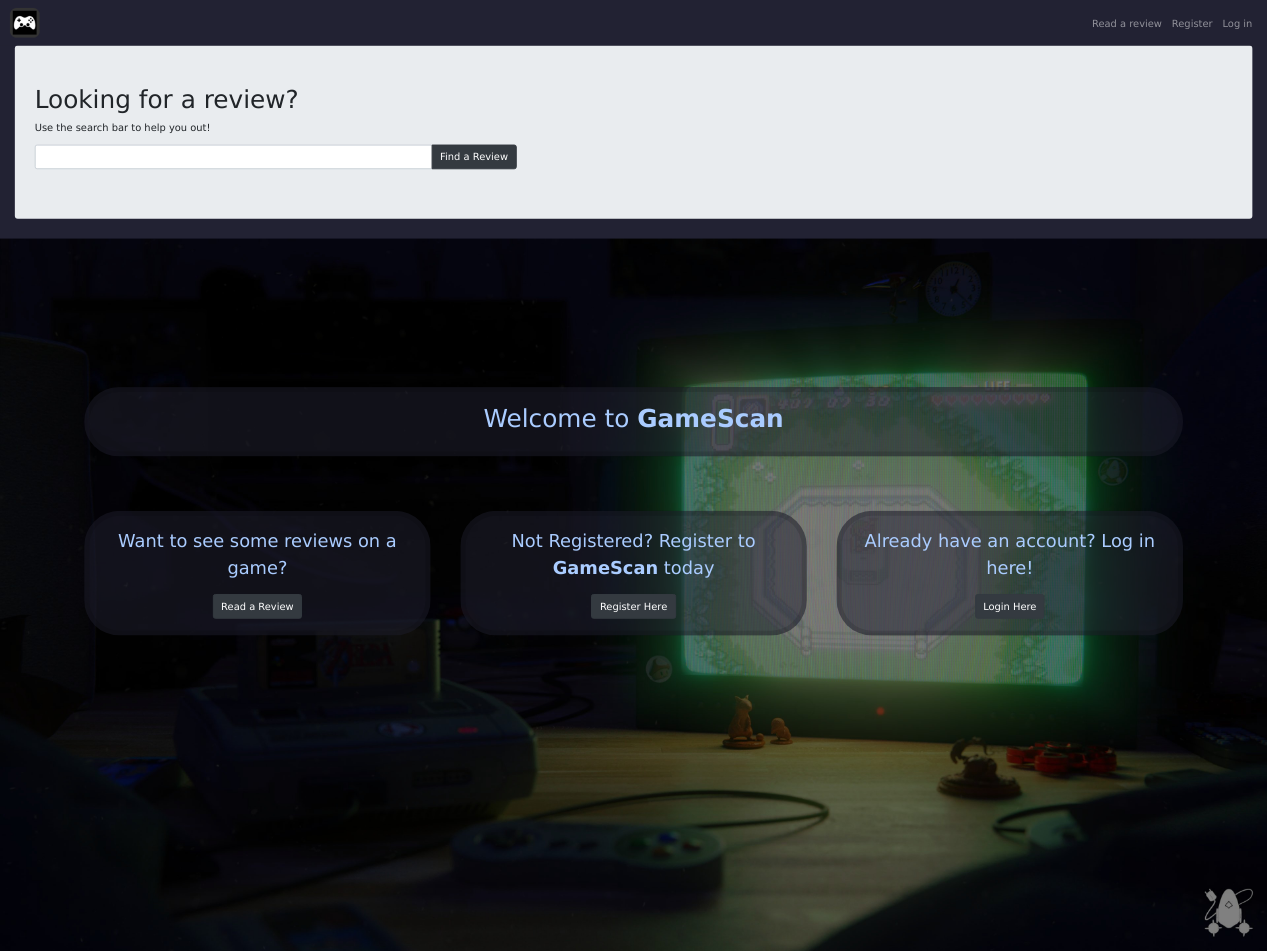
Repository: amit238/milestone-project-3
Page: http://localhost/
The author's editor kept a record of every edit. The page is drawn from the files as they stood at one moment, then again after the next edit.
The browser window is 1280 px wide. The pictures show the whole page, at 99% of full size.
Some web libraries are served in a nearby version. The page is served by the project's application, run on Flask 3 (app.py). Other server files are loaded and not shown.

Above is the page before.

### templates/index.html
{% extends "base.html" %} {% block nav_index %}active{% endblock %} {% block content %}
<div class="background">
    <div class="container fade-in">
        <div class="row">
            <div class="col-12 homepage">
                <div class="card homepage-card">
                    <div class="card-body">
                        <h1 class="welcome">Welcome to <strong>GameScan</strong></h1>
                    </div>
                </div>
            </div>
        </div>
        <div class="row padding-text-align">
            <div class="col-12 col-lg-4">
                <div class="card homepage-card">
                    <!--Homepage which shows cards providing buttons to redirect -->
                    <div class="card-body">
                        <p>Want to see some reviews on a game?</p>
                        <a href="{{ url_for('reviews') }}" ><button method="get" type="submit" type="button" class="btn btn-dark">Read a Review</button></a>
                    </div>
                </div>
            </div>
            <div class="col-12 col-lg-4">
                <div class="card homepage-card">
                    <div class="card-body">
                        <p>Not Registered? Register to <strong>GameScan</strong> today</p>
                        <a href="{{ url_for('register') }}"><button type="button" class="btn btn-dark">Register Here</button></a>
                    </div>
                </div>
            </div>
            <div class="col-12 col-lg-4">
                <div class="card homepage-card">
                    <div class="card-body">
                        <p>Already have an account? Log in here!</p>
                        <a href="{{ url_for('login') }}"><button type="button" class="btn btn-dark">Login Here</button></a>
                    </div>
                </div>
            </div>
        </div>
        {% endblock %}

### templates/base.html
<!DOCTYPE html>
<html lang="en">

<head>
  <meta charset="UTF-8">
  <meta name="viewport" content="width=device-width, initial-scale=1.0">
  <meta http-equiv="X-UA-Compatible" content="ie=edge"> {% if title %}
  <title>GameScan - {{ title }} </title>
  {% else %}
  <title>Welcome to GameScan!</title>
  {% endif %}
  <link rel="stylesheet" href="https://maxcdn.bootstrapcdn.com/bootstrap/4.2.1/css/bootstrap.min.css" type="text/css" />
  <link rel="stylesheet" href="https://use.fontawesome.com/releases/v5.0.10/css/all.css" integrity="sha384-+d0P83n9kaQMCwj8F4RJB66tzIwOKmrdb46+porD/OvrJ+37WqIM7UoBtwHO6Nlg" crossorigin="anonymous">
  <link rel="stylesheet" href="{{url_for('static', filename='css/style.css')}}" type="text/css" />
  <link rel="shortcut icon" type="image/ico" href="{{ url_for('static', filename='img/favicon.ico') }}" />
</head>

<body>

  <header>
    <nav class="navbar navbar-expand-lg navbar-dark bg-custom ">
      <a class="navbar-brand" href="{{ url_for('index') }}">
       <img src="{{ url_for('static', filename='img/favicon.ico') }}" width="30" height="30" alt="">
  </a>
      <button class="navbar-toggler" type="button" data-toggle="collapse" data-target="#navbarNavAltMarkup" aria-controls="navbarNavAltMarkup" aria-expanded="false" aria-label="Toggle navigation">
    <span class="navbar-toggler-icon"></span>
  </button>
      <div class="collapse navbar-collapse" id="navbarNavAltMarkup">
        <div class="navbar-nav ml-auto">
          <!--Being 'logged in' will show different links-->
          {% if session['logged_in'] == True %}
          <a class="nav-item nav-link" href="{{ url_for('reviews') }}">Read a review</a>
          <a class="nav-item nav-link" href="{{ url_for('addreview') }}">Write a review</a>
          <a class="nav-item nav-link" href="{{ url_for('logout') }}">Sign Out</a> {% else %}
          <a class="nav-item nav-link" href="{{ url_for('reviews') }}">Read a review</a>
          <a class="nav-item nav-link" href="{{ url_for('register') }}">Register</a>
          <a class="nav-item nav-link" href="{{ url_for('login') }}">Log in</a> {% endif %}
        </div>
      </div>
    </nav>
    <div class="container-fluid">
      <div class="jumbotron">
        <div class="row">
          <div class="col-lg-9">
            <h1>Looking for a review?</h1>
            <p>Use the search bar to help you out!</p>
          </div>
          <div class="col-lg-5">
            <form class="input-group mb-3" action="{{ url_for('search') }}">
              <input class="form-control" type="text" name="query" />
              <div class="input-group-append">
                <button class="btn btn-dark" type="submit">Find a Review</button>
              </div>
            </form>
          </div>
        </div>
      </div>
    </div>
    {% with messages = get_flashed_messages() %} {% if messages %}
    <ul>
      {% for message in messages %}
      <li class="alert-warning">{{ message }}</li>
      {% endfor %}
    </ul>
    {% endif %} {% endwith %} {% block content %} {% endblock %}
  </header>
  <script src="https://code.jquery.com/jquery-3.5.1.js" integrity="sha256-QWo7LDvxbWT2tbbQ97B53yJnYU3WhH/C8ycbRAkjPDc=" crossorigin="anonymous"></script>
  <script src="https://cdnjs.cloudflare.com/ajax/libs/popper.js/1.14.6/umd/popper.min.js" integrity="sha384-wHAiFfRlMFy6i5SRaxvfOCifBUQy1xHdJ/yoi7FRNXMRBu5WHdZYu1hA6ZOblgut" crossorigin="anonymous"></script>
  <script src="https://stackpath.bootstrapcdn.com/bootstrap/4.2.1/js/bootstrap.min.js" integrity="sha384-B0UglyR+jN6CkvvICOB2joaf5I4l3gm9GU6Hc1og6Ls7i6U/mkkaduKaBhlAXv9k" crossorigin="anonymous"></script>
</body>

</html>

### app.py
import os
if os.path.exists("env.py"):
  import env
from flask import Flask, render_template, redirect, request, url_for, flash, session
from forms import LoginForm, RegisterForm, ReviewGameForm
from flask_pymongo import PyMongo
from bson.objectid import ObjectId
import re
import bcrypt

app = Flask(__name__)
app.config["MONGO_DBNAME"] = 'game_scan'
app.config["MONGO_URI"] = os.environ.get('MONGO_URI')

mongo = PyMongo(app)

SECRET_KEY = os.urandom(32)
app.config['SECRET_KEY'] = SECRET_KEY



@app.route('/reviews')
def reviews():
    return render_template('reviews.html', title="Read a review!", game_reviews=mongo.db.game_reviews.find())







@app.route('/')
def index():
    return render_template('index.html', title="Home")






# Adding Log in

@app.route('/login', methods=['GET', 'POST'])
def login():
    """Login handler"""
    if session.get('logged_in'):
        if session['logged_in'] is True:
            return redirect(url_for('index', title="Log In"))

    form = LoginForm()

    if form.validate_on_submit():
        # get all users
        users = mongo.db.users
        # try and get one with same name as entered
        db_user = users.find_one({'name': request.form['username']})

        if db_user:
            # check password using hashing
            if bcrypt.hashpw(request.form['password'].encode('utf-8'),
                             db_user['password']) == db_user['password']:
                session['username'] = request.form['username']
                session['logged_in'] = True
                flash('You have successfully logged in!')
                # successful redirect to home logged in
                return redirect(url_for('index', title="Sign In", form=form))
            # must have failed set flash message
            flash('Invalid username/password combination')
    return render_template("login.html", title="Sign In", form=form)





@app.route('/logout')
def logout():
    """Clears session and redirects to home"""
    session.clear()
    return redirect(url_for('index'))





# Adding in Register form

@app.route('/register', methods=['GET', 'POST'])
def register():
    """Handles registration functionality"""
    form = RegisterForm(request.form)
    if form.validate_on_submit():
        # get all the users
        users = mongo.db.users
        # see if we already have the entered username
        existing_user = users.find_one({'name': request.form['username']})

        if existing_user is None:
            # hash the entered password
            hash_pass = bcrypt.hashpw(request.form['password'].encode('utf-8'), bcrypt.gensalt())
            # insert the user to DB
            users.insert_one({'name': request.form['username'],
                          'password': hash_pass,
                          'email': request.form['email']})
            session['username'] = request.form['username']
            session['logged_in'] = True
            # Logs user in after registering
            return redirect(url_for('index'))
        # duplcate username set flash message and reload page
        flash('Sorry, that username is already taken - use another')
        return redirect(url_for('register'))
    return render_template('register.html', title='Register', form=form)





# Adding a review

@app.route('/addreview', methods=['GET', 'POST'])
def addreview():

   # If user gets onto the add page but not logged in

    if 'logged_in' not in session:
        flash('To add a review you need to sign in')
        return redirect(url_for('login'))

   # If form submits successfully

    form = ReviewGameForm(request.form)
    if request.method == 'POST':
        game_reviews=mongo.db.game_reviews
        print('inside')
        print('rating:' + request.form['rating'])
        # import pdb; pdb.set_trace()
        # add form content to db as a new record
        game_reviews.insert_one({
            'user_created': session['username'],
            'name': request.form['name'],
            'genre': request.form['genre'],
            'rating': request.form['rating'],
            'description': request.form['description'],
            })

        flash('Your Review has been added ', 'success')

        # send to my reviews template on successful add
        return redirect(url_for('reviews'))

    return render_template('addreview.html', form=form,
                           title='Add a Review')





# Editing a review

@app.route('/editreview/<id>', methods=['GET', 'POST'])
def editreview(id):


    a_reivew = mongo.db.game_reviews.find_one({'_id': ObjectId(id)})
    # retrieving record from db


    form = ReviewGameForm(data=a_reivew)

    if form.validate_on_submit():  # if form submits successfully
        game_reviews = mongo.db.game_reviews


        # add form content to db as a new record
        game_reviews.update_one({'_id': ObjectId(id)}, {'$set': {
            'name': request.form['name'],
            'genre': request.form['genre'],
            'rating': request.form['rating'],
            'description': request.form['description'],
            }})
        flash('Your review has been updated!', 'success')

        # send to my review template on successful addupdate
        return redirect(url_for('reviews', id=id))

    return render_template('editreview.html', form=form,
                           title='Edit a  Review!')


# Delete a review

# If user is logged in and wants to delete a review

@app.route('/deletereview/<id>', methods=['GET', 'POST'])
def deletereview(id):

    flash("Your review has been removed!.")
    mongo.db.game_reviews.delete_one({'_id': ObjectId(id)})
    return redirect(url_for('index'))

# Adding a Search bar to my reviews page


@app.route('/search', methods=['POST'])
def search():
    # This creates an index in each of the fields in the collect to perform a text search on them
    mongo.db.game_reviews.create_index([('description', 'text'), ('name','text'), ('genre', 'text'),])

    query = request.form.get('query')
    game_reviews = mongo.db.game_reviews.find({'$text': {'$search': query}})
    return render_template('reviews.html', game_reviews=game_reviews, type='search', query=query)




# Adding a 404 error page

''' If user goes onto a page that doesnt exist on the app '''

@app.errorhandler(404)
def handle_404(exception):
    return render_template('404.html', exception=exception, title="404 Error")

if __name__ == '__main__':
    app.run(host=os.environ.get('IP'),
            port=int(os.environ.get('PORT')),
            debug=False)

### static/css/style.css
html {
  font-size: 10px;
}

body {
  padding: 0;
  margin: 0;
  background-color: #222233;
  font-family: "Lucida Sans Unicode", "Lucida Grande", sans-serif;
  ;
}

/*----Navbar----*/

.bg-custom {
  background-color: #222233;
}

.nav-item {
  color: #aaccff;
}

/*----Homepage----*/

.padding-text-align {
  padding-top: 5em;
  text-align: center;
}

.homepage-card {
  font-size: large;
  background-color: rgba(34, 34, 51, 0.5);
  border-radius: 2em;
  border-width: thick;
  animation: fade-cards-in 2s ease-out;
  margin-bottom: 5px;
  color: #AACCFF
}

@keyframes fade-cards-in {
  0% {
    opacity: .5;
    transform: translateY(30px);
  }
  80% {
    transform: translateY(3px);
  }
  100% {
    opacity: 1;
    transform: translate(0);
  }
}

.background {
  background-image: url('../img/night.jpg');
  background-color: #222233;
  background-size: cover;
  background-repeat: no-repeat;
  height: 100vh;
}

.homepage {
  padding-top: 15em;
  text-align: center;
}

/*----Add Review----*/
/*-some css also in reviews.html to stop repeating-*/

.form-bg {
  background-color: #222233;
  margin-top: 2em;
}

.thick-border {
  border-width: thick;

}

.form-text {
  color: #AACCFF;
  font-size: 1.4rem;
  border-width: thick;
}

.form-btn {
  text-align: center;
  background-color: #222233;
}

.center-header {
  text-align: center;
}


/*----Reviews----*/

.center {
  text-align: center;
  border-width: thick;
}

.description {
  margin-top: 2em;
  text-align: left;
}

.review-title {
  font-weight: 900;
}


/*----Register----*/
/*-some css also in other html pages to stop repeating-*/

.color-center {
  color: #AACCFF;
  text-align: center;
}

.padding-top {
  padding-top: 1em;
}


.border-box {
  border-radius: 1rem;
}




.message {
  text-align: center;
  color: white;
  padding-left: 3rem;
}

After the next edit:
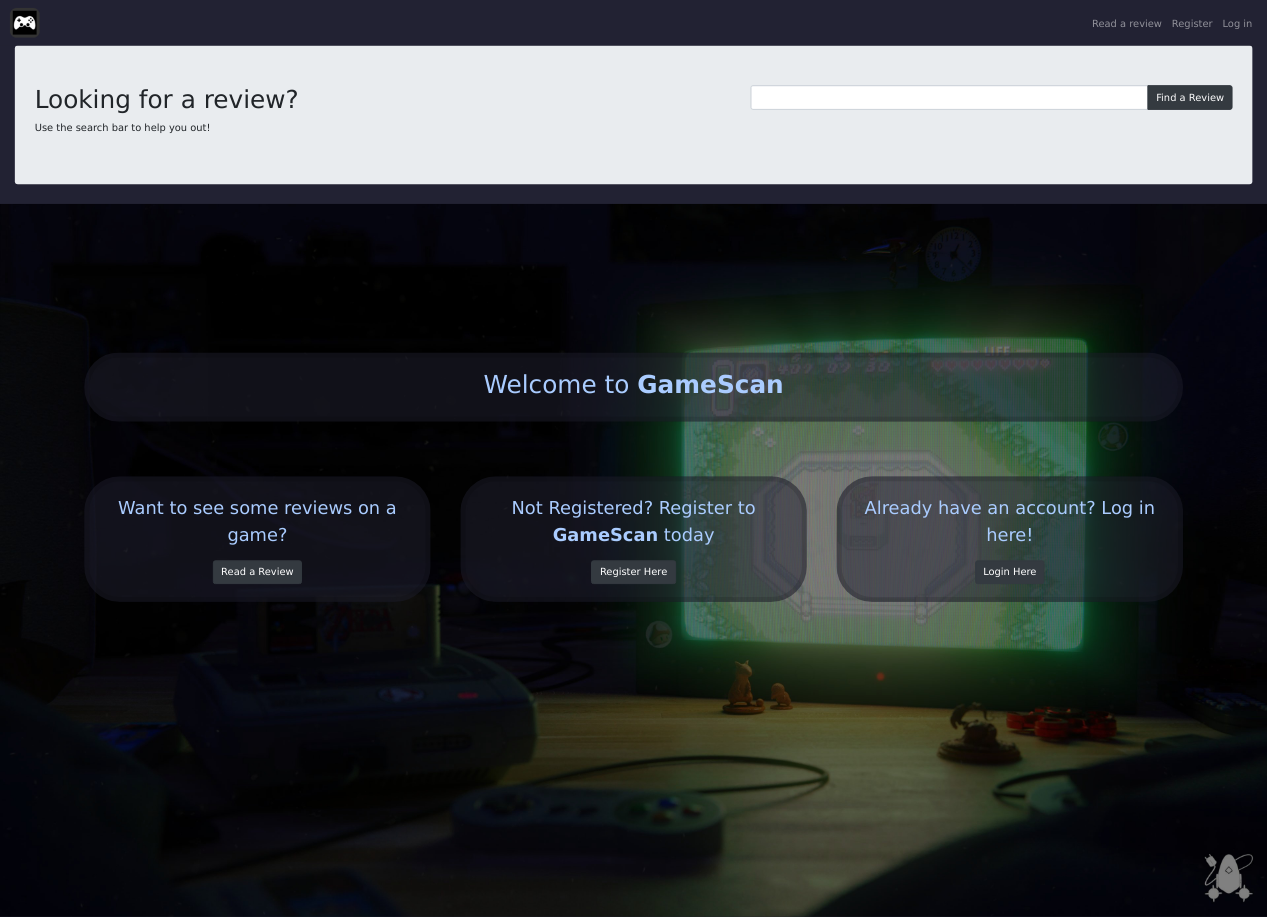
The edit:
--- a/templates/base.html
+++ b/templates/base.html
@@ -41,7 +41,7 @@
     <div class="container-fluid">
       <div class="jumbotron">
         <div class="row">
-          <div class="col-lg-9">
+          <div class="col-lg-7">
             <h1>Looking for a review?</h1>
             <p>Use the search bar to help you out!</p>
           </div>
